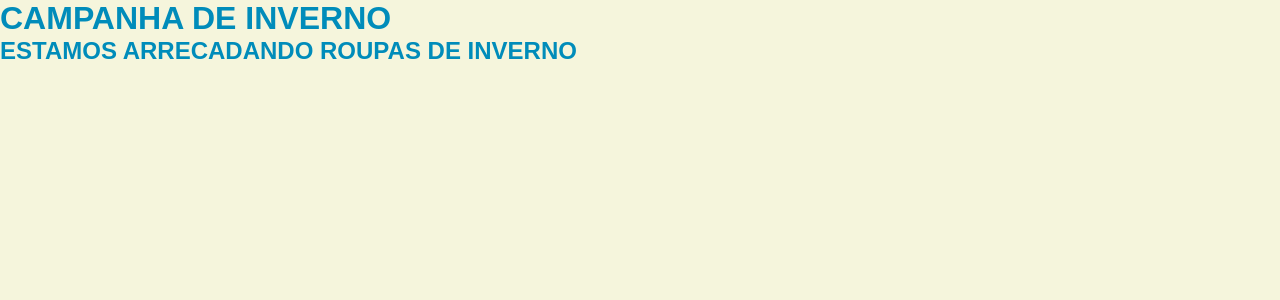
Repository: adrtrvs/qrcodeong
Page: campaignall.html
These files come from the project's save history. The page is drawn as it stood at one moment and after the next save; the edit follows.
The browser window is 1280 px wide. The pictures show the whole page.
Some web fonts or font styles are not loaded; a fallback is used.

Above is the page before, as saved 2023-05-26 10:52:39.

After the next save:
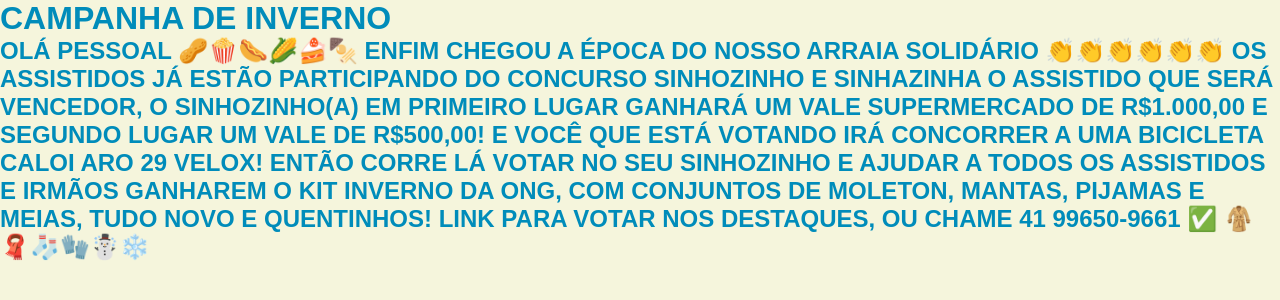
Saved 4 min 26 s later.
--- a/campaignall.html
+++ b/campaignall.html
@@ -14,6 +14,16 @@
   </head>
   <body>
     <h1>Campanha de inverno</h1>
-    <h2>Estamos arrecadando roupas de inverno</h2>
+    <h2>
+      Olá pessoal 🥜🍿🌭🌽🍰🍢 Enfim chegou a época do nosso Arraia Solidário
+      👏👏👏👏👏👏 Os Assistidos já estão participando do Concurso Sinhozinho e
+      Sinhazinha O Assistido que será vencedor, o Sinhozinho(a) em primeiro
+      lugar ganhará um vale supermercado de R$1.000,00 e segundo lugar um vale
+      de R$500,00! E você que está votando irá concorrer a uma bicicleta Caloi
+      aro 29 velox! Então corre lá votar no seu Sinhozinho e ajudar a todos os
+      Assistidos e irmãos ganharem o Kit Inverno da ONG, com conjuntos de
+      Moleton, Mantas, Pijamas e meias, tudo novo e quentinhos! Link para votar
+      nos destaques, ou chame 41 99650-9661 ✅ 🧥🧣🧦🧤☃️❄️
+    </h2>
   </body>
 </html>
